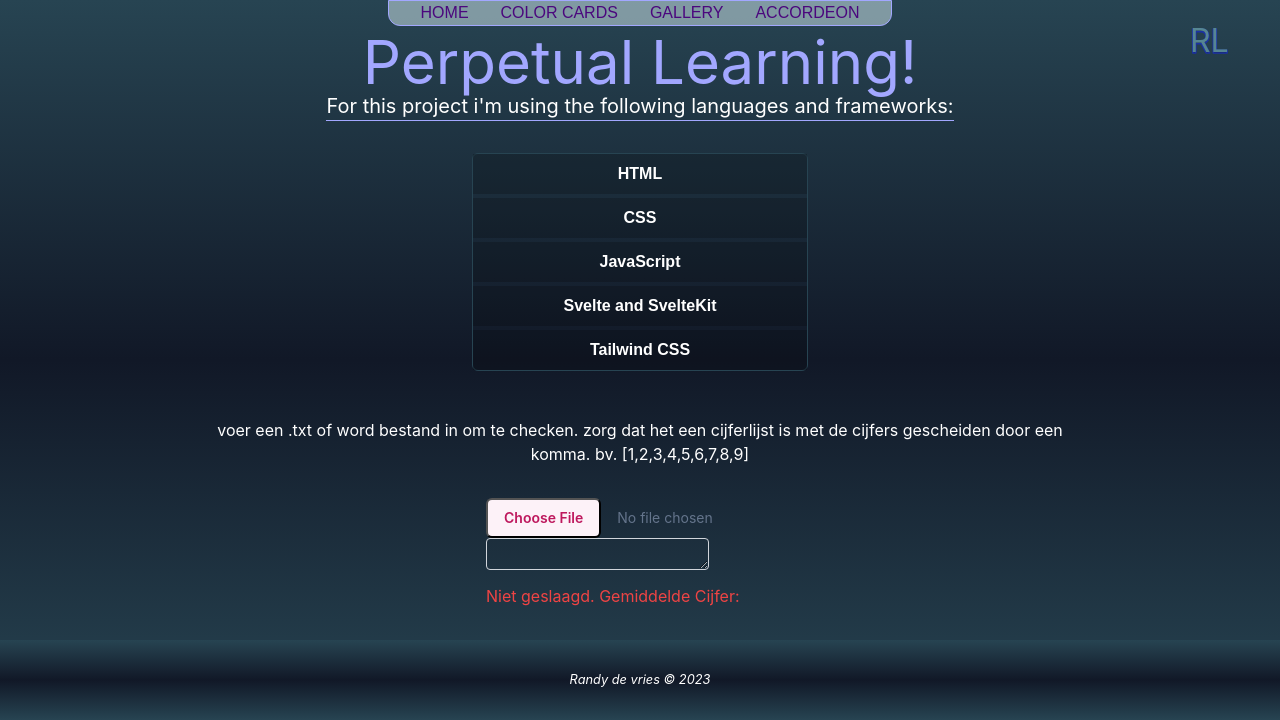
Repository: Freezler/svelte-app
Page: /links
The author's editor kept a copy of each file at every save. The page is drawn from the files as they stood at one save, then again after the next save.
The browser window is 1280 px wide. The pictures show the whole page.
The project was rebuilt for these pictures with package versions that can differ from the ones it lists, and the page was loaded fresh each time. The framework's server and built-in components were replaced by stand-ins that run in the browser. Also part of the build but not shown: svelte.config.js, vite.config.js.

Above is the page before, as saved 2023-11-12 11:44:19.

### src/app.html
<!DOCTYPE html>
<html lang="en">
	<head>
		<meta charset="utf-8" />
		<link rel="icon" href="%sveltekit.assets%/favicon.png" />
		<meta name="viewport" content="width=device-width" />
		%sveltekit.head%
		<title>SvelteKitProject</title>
	</head>
	<body data-sveltekit-preload-data="hover">
		<div style="display: contents">%sveltekit.body%</div>
	</body>
</html>

### src/routes/+layout.svelte
<script>
  import '../app.css';
  import Navbar from '../components/Navbar.svelte';
  import Footer from '../components/Footer.svelte';
</script>

<html lang="en" class="select-none scroll-smooth">
  <head>
    <!-- Add any necessary head content here -->
  </head>
  <body class=" flex flex-col h-full overflow-scroll">
    <Navbar />
    <main>
      <slot />
    </main>
    <Footer />
  </body>
</html>

### src/routes/links/+page.svelte
<script>
	import { onDestroy, onMount } from 'svelte';
	onMount(() => console.log('Mounted Links page'));
	onDestroy(() => console.log('Unmounted Links page'));
	import CijferlijstInput from '../../components/CijferlijstInput.svelte';
	import Accordion from '../../components/Accordion.svelte';

</script>

<main
	class=" z-100 flex h-screen scroll-smooth justify-center items-center w-screen flex-col bg-gradient-to-b from-astral-900 via-gray-900 to-astral-900 overflow-scroll pb-24"
>
<div class="flex flex-col w-[100%] items-center justify-center font-sans h-screen ">
	<h1 class="animate-slow-slide-down text-3xl sm:text-5xl md:text-6xl xl:8xl text-purpleone-300  ">Perpetual Learning!</h1>
	<p class="animate-slow-slide-up text-xs sm:text-[16px] md:text-xl xl:2xl text-white border-b-[1px]  border-purpleone-300 text-purpleone600">For this project i'm using the following languages and frameworks:</p>
	<Accordion />
</div>
<div class="flex flex-col w-[100%] items-center justify-center"></div>
		<CijferlijstInput />
</main>

### src/app.css
@import 'tailwindcss/base';
@import 'tailwindcss/components';
@import 'tailwindcss/utilities';

/* Your custom CSS goes here */
body {
	scroll-behavior: smooth;
}

body * {
	-moz-scrollbar-width: none;
	scrollbar-width: none;
	-ms-overflow-style: none;
}

### src/components/Navbar.svelte
<script>
	let showNav = false;

	const toggleNav = () => {
		showNav = !showNav;
		const body = document.body;

		if (showNav) {
			body.classList.add('overflow-hidden');
		} else {
			body.classList.remove('overflow-hidden');
		}
	};
</script>

<nav
	class=" fixed bottom-0 z-40 flex h-20 w-[100%] select-none items-center justify-between text-center antialiased focus:select-none md:right-0 md:top-0 md:justify-center"
>
	<a href="/" class="ml-3 flex h-16 select-none items-center focus:select-none "
		><svg
			class="flex h-20 animate-pulse md:right-0 md:absolute"
			version="1.1"
			xmlns="http://www.w3.org/2000/svg"
			width="100"
			height="100"
			viewBox="0 0 100 100"
		>
			<!-- Outline -->
			<text
				class="select-none focus:select-none shadow-xl animate-slow-slide-down "
				x="0"
				y="66"
				font-size="40"
				fill="red3"
				stroke="#12ff"
				stroke-width="2"
				stroke-linejoin="round">RL</text
			>
			<!-- Text -->
			<text class="animate-slow-slide-in" x="0" y="65" font-size="40" fill="#87ccd9">RL</text>
		</svg></a
	>

	<!-- Hamburger voorS  mobile/kleine schermen -->
	<button
		class=" mr-8 select-none text-white focus:select-none active:select-none md:hidden"
		on:click={toggleNav}
	>
		<div class="relative flex h-6 w-6 items-center">
			<span
				class={' absolute block h-[2px] w-5 origin-center bg-blueone-50 transition-transform'}
				class:rotate-45={showNav}
				class:top-2={!showNav}
			></span>
			<span
				class={'z-2000 absolute block h-[2px] w-5 origin-center bg-white blur-none transition-transform'}
				class:-rotate-45={showNav}
				class:bottom-2={!showNav}
			></span>
			<span
				class={'z-2000 absolute block h-[2px] w-5 origin-center bg-white blur-none transition-transform'}
				class:-rotate-45={showNav}
				class:bottom-2={!showNav}
			></span>
		</div>
	</button>

	<div
		class={`absolute top-0 z-50	hidden  -[80px] select-none rounded-b-xl text-purplethree-950  font-display uppercase  items-center justify-center gap-8 px-8 border-[1px] border-purpleone-300   bg-astral-100 bg-opacity-50  bg-cover bg-center    md:flex ${
			showNav ? 'hidden' : 'block'
		}`}
	>
	    <a href="/" class="hover:text-cyan-200 hover:bg-slate-500 ">Home</a>
		<a href="/blogs" class="hover:text-cyan-200 hover:bg-slate-500  ">Color Cards</a>
		<a href="/about" class="hover:text-cyan-200 hover:bg-slate-500">Gallery</a>
		<a href="/links" class="hover:text-cyan-200 hover:bg-slate-500">Accordeon</a>
	</div>
</nav>

<!-- Conditional Mobile Menu Overlay -->
{#if showNav}
	<div
		class=" fixed inset-0 z-50 flex animate-slow-fade-in select-none items-center justify-center bg-gray-800 bg-opacity-40 backdrop-blur-[2px]"
		on:click={toggleNav}
		on:keypress={toggleNav}
		role="button"
		tabindex="0"
	>
		<div
			class="absulute flex select-none flex-col items-center text-2xl text-gray-200 opacity-100 transition-opacity duration-100 ease-in-out"
		>
			<a href="/" tabindex="0" class="text-cyan-200"
				><svg xmlns="http://www.w3.org/2000/svg" width="80" height="80" viewBox="0 0 80 80">
					<!-- Outline -->
					<text
						x="16"
						y="50"
						font-family="Inter"
						font-size="40"
						fill="cyan"
						stroke="#dfe2ff"
						stroke-width="6"
						stroke-linejoin="round">RL</text
					>
					<!-- Text -->
					<text x="16" y="50" font-family="Inter" font-size="40" fill="indigo">RL</text>
				</svg>
				<hr class="mb-6 w-full border-bluetwo-400" /></a
			>
			<a href="/projects" tabindex="0" class="text-[#b910377e]">under construction..</a>
			<a href="/blogs" tabindex="0" class="text-[#dfe2ff]">Color Cards</a>
			<a href="/about" tabindex="0" class="text-[#dfe2ff]">Gallery</a>
			<a href="/links" tabindex="0" class="text-[#dfe2ff]">Accordeon</a>
		</div>
	</div>
{/if}

### src/components/Footer.svelte
<script>
</script>

<div class="bg-opacity-70 bg-gradient-to-b from-astral-900 via-gray-900 to-astral-900 bg-cover bg-center bg-no-repeat bg-blone-300  fixed w-screen bottom-0 h-20 flex items-center p-0 m-0">
  <div class="flex w-full items-center justify-around">
	<!-- GitHub icon -->
	<small class="text-white italic">Randy de vries &copy; {new Date().getFullYear()}</small>
  </div>
</div>

### src/components/CijferlijstInput.svelte
<!-- FileInput.svelte -->
<script>
  import { onMount } from 'svelte';

  export let fileContent = '';
  export let isSuccess = false;
  let gemiddeldeCijfer = '';

  function handleFileInput(event) {
	const file = event.target.files[0];

	if (file) {
	  const reader = new FileReader();

	  reader.onload = function (e) {
		const content = e.target.result;
		if (content.trim() !== '') {
		  fileContent = content;
		  isSuccess = true;
		  gemiddeldeCijfer = calculateGemiddeldeCijfer(fileContent);
		}
	  };

	  reader.readAsText(file);
	}
  }

  function calculateGemiddeldeCijfer(content) {
	const cijfers = content.split('\n').filter(line => line.trim() !== '').map(Number);
	const totaal = cijfers.reduce((acc, curr) => acc + curr, 0);
	return totaal / cijfers.length;
  }
</script>
<div class="text-center text-white -translate-y-4 w-[70%]"><h3>voer een .txt of word bestand in om te checken.
	zorg dat het een cijferlijst is met de cijfers gescheiden door een komma. bv. [1,2,3,4,5,6,7,8,9]
</h3></div>
<div class="p-4 min-w-[340px]">
  <input
	type="file"
	accept=".txt, .doc, .docx"
	on:change={handleFileInput}
	class="block w-full text-sm text-slate-500 file:mr-4 file:py-2 file:px-4 file:rounded-md file:border-1 file:text-sm file:font-semibold file:bg-pink-50 file:text-pink-700 hover:file:bg-pink-100"
  />
  <textarea bind:value={fileContent} class=" h-[2rem] w-[fit-content] bg-transparent border border-gray-300 rounded p-2"></textarea>

  {#if isSuccess}
	<h3 class="text-green-500 mt-2 mx-auto">Van harte gefeliciteerd, je bent geslaagd! Gemiddelde Cijfer: {gemiddeldeCijfer}</h3>
  {:else}
	<h3 class="text-red-500 mt-2 mx-auto">Niet geslaagd. Gemiddelde Cijfer: {gemiddeldeCijfer}</h3>
  {/if}
</div>

### src/components/Accordion.svelte
<script>
	let panels = [
		{
			title: 'HTML',
			content:
				'HTML is the standard markup language for documents designed to be displayed in a web browser.'
		},
		{ title: 'CSS', content: 'CSS is used to define styles for your web pages' },
		{
			title: 'JavaScript',
			content: 'JavaScript is used to add interactivity to your web pages'
		},
		{
			title: 'Svelte and SvelteKit',
			content: 'Svelte and SvelteKit are both JavaScript frameworks'
		},
		{ title: 'Tailwind CSS', content: 'Tailwind CSS is a utility-first CSS framework' }
	];

	let expandedPanel = null;

	function togglePanel(panel) {
		if (expandedPanel === panel) {
			expandedPanel = null;
		} else {
			expandedPanel = panel;
		}
	}
</script>

<div class="bg-transparent animate-slow-slide-up z-60 wrapper max-w-[400px] mx-auto mt-[0] w-[80%] text-center rounded-sm p-8">
	<div class="flex flex-col space-y-1  rounded-md border-[1px] border-astral-900">
		{#each panels as panel}
			<!-- svelte-ignore a11y-no-static-element-interactions -->
			<div
				class="relative isolate animate-fast-fade-in overflow-hidden"
				on:click={() => togglePanel(panel)}
				on:keydown={() => togglePanel(panel)}
				aria-roledescription="accordion"
			>
				<div class="" aria-expanded={panel === expandedPanel}>
					<!-- svelte-ignore empty-block -->
					{#if panel === expandedPanel}{/if}
					<div
						class="relative isolate grid place-items-center bg-[rgba(0,0,0,0.2)] p-2 font-display font-bold text-white"
					>
						{panel.title}
					</div>
				</div>
				{#if expandedPanel === panel}
					<div
						class="max-w-[100%] z-20 animate-slow-fade-in bg-astral-900 bg-opacity-70 px-6 py-0"
					>
						<svg
							xmlns="http://www.w3.org/2000/svg"
							class="icon icon-tabler icon-tabler-chevron-up mx-auto animate-pulse"
							width="24"
							height="24"
							viewBox="0 0 24 24"
							stroke-width="1.5"
							stroke="white"
							fill="rgba(39, 68, 82, 100%)"
							stroke-linecap="round"
							stroke-linejoin="round"
						>
							<path stroke="none" d="M0 0h24v24H0z" fill="transparent" />
							<polyline points="6 15 12 9 18 15" />
						</svg>
						<p class="text-white pb-3">
							{panel.content}
						</p>
					</div>
				{/if}
			</div>
		{/each}
	</div>
</div>

### tailwind.config.js
/** @type {import('tailwindcss').Config} */
const plugin = require('tailwindcss/plugin');
export default {
	content: ['./src/**/*.{html,js,svelte,ts}'],
	theme: {
		extend: {

			animation: {
				btnPulse: ' btnPulse 1s infinite',
				'spin-slow': 'spin 3s linear infinite',
				'spin-fast': 'spin 1s linear infinite',
				'slow-fade-in': 'fade-in 0.7s ease-in-out',
				'fast-fade-in': 'fade-in 0.5s ease-in-out',
				'slow-fade-out': 'fade-out 0.5s ease-in-out',
				'fast-fade-out': 'fade-out 0.7s ease-in-out',
				'slow-slide-in': 'slide-in 0.6s ease-in-out',
				'fast-slide-in': 'slide-in 3s ease-in-out',
				'slow-slide-up': 'slide-up 0.6s cubic-bezier(0.215, 0.61, 0.355, 1)',
				'slow-slide-out': 'slide-out 0.6s ease-in-out',
				'fast-slide-out': 'slide-out 0.3s ease-in-out',
				'ani-translate-y': 'translate-y 5s ease-in-out',
				'fast-slide-up': 'slide-up 0.5s cubic-bezier(0.215, 0.61, 0.355, 1)',
				'slow-slide-down': 'slide-down 0.6s cubic-bezier(0.215, 0.61, 0.355, 1)',
				'burger-smooth': 'burger-smooth 2s ease-in-out',
			    'wave': 'wave .9s ease-in-out',
			},
			keyframes: {
				'fade-in': {
					'0%': { opacity: '0' },
					'100%': { opacity: '1' }
				},
				'fade-out': {
					'0%': { opacity: '1' },
					'100%': { opacity: '0' }
				},
				'slide-in': {
					'0%': { transform: 'translateX(-240px)' },
					'100%': { transform: 'translateX(0)' }
				},
				'slide-out': {
					'0%': { transform: 'translateX(0)' },
					'100%': { transform: 'translateX(-100%)' }
				},
				'translate-y': {
					'0%': { transform: 'translateY(0)' },
					'100%': { transform: 'translateY(-100%)' }
				},
				wave: {
					'0%': { transform: 'rotate(0deg)' },
					'25%': { transform: 'rotate(45deg)' },
					'50%': { transform: 'rotate(35deg)' },
					'100%': { transform: 'rotate-45deg)' }
				},
				'slide-up': {
					'0%': { transform: 'translateY(240px)' },
					'100%': { transform: 'translateY(0)' }
				},
				'slide-down': {
					'0%': { transform: 'translateY(-400px)' },
					'100%': { transform: 'translateY(0px)' }
				},
				'btnPulse': {
					'0%': { transform: 'scale(1))' },
					'50%': { transform: 'scale(0.9)' },
					'100%': { transform: 'scale(1)' }
				}
			},

			fontFamily: {
				sans: ['Inter', 'Arial', 'Helvetica', 'sans-serif'],
				serif: ['Georgia', 'serif'],
				mono: ['Menlo', 'Monaco', 'Courier New', 'monospace'],
				display: ['Oswald', 'sans-serif'],
				handwriting: ['Pacifico', 'cursive']
			},
			colors: {
				blueone: {
					50: '#e6f5ff',
					100: '#d2ecff',
					200: '#aedaff',
					300: '#7dbfff',
					400: '#4b94ff',
					500: '#2268ff',
					600: '#003bff',
					700: '#003fff',
					800: '#0035d7',
					900: '#0830a7',
					950: '#072383'
				},
				bluetwo: {
					50: '#f3f6fb',
					100: '#e4e9f5',
					200: '#d0daed',
					300: '#afc2e1',
					400: '#89a2d1',
					500: '#6c85c5',
					600: '#596db7',
					700: '#4e5da7',
					800: '#454e8a',
					900: '#3b436d',
					950: '#272b44'
				},
				bluethree: {
					50: '#f2f6fc',
					100: '#e3ebf6',
					200: '#cdddf0',
					300: '#aac6e6',
					400: '#81a8d9',
					500: '#638cce',
					600: '#4f73c1',
					700: '#4561b0',
					800: '#3d5190',
					900: '#2c395f',
					950: '#242c47'
				},
				astral: {
					50: '#f0fafb',
					100: '#d9f0f4',
					200: '#b8e2e9',
					300: '#87ccd9',
					400: '#4fadc1',
					500: '#328ea3',
					600: '#2d768d',
					700: '#2b6173',
					800: '#2a5160',
					900: '#274452',
					950: '#152c37'
				},
				greenone: {
					50: '#f5ffe5',
					100: '#e6ffc7',
					200: '#cdff96',
					300: '#9ffc41',
					400: '#8bf328',
					500: '#6cd909',
					600: '#50ae02',
					700: '#3e8407',
					800: '#34680c',
					900: '#2c580f',
					950: '#143102'
				},
				greentwo: {
					50: '#f1fcf5',
					100: '#dff9e9',
					200: '#c0f2d4',
					300: '#8fe6b2',
					400: '#56d289',
					500: '#30b768',
					600: '#26aa5d',
					700: '#1e7743',
					800: '#1d5e39',
					900: '#194e31',
					950: '#082b19'
				},
				greenthree: {
					50: '#f2f7f4',
					100: '#dfece3',
					200: '#c1d9ca',
					300: '#98bda8',
					400: '#6b9c82',
					500: '#518a6e',
					600: '#37644f',
					700: '#2c5040',
					800: '#254035',
					900: '#1f352b',
					950: '#101e18'
				},
				roseone: {
					50: '#fef1fa',
					100: '#fde6f7',
					200: '#feccf1',
					300: '#fea3e4',
					400: '#fc6ad0',
					500: '#f74bbf',
					600: '#e61c9a',
					700: '#c90d7d',
					800: '#a60e66',
					900: '#8a1158',
					950: '#550232'
				},
				purpleone: {
					50: '#edf0ff',
					100: '#dfe2ff',
					200: '#c5caff',
					300: '#a2a7ff',
					400: '#7f7cfd',
					500: '#6d5ef6',
					600: '#5e40eb',
					700: '#5d41d3',
					800: '#412ca7',
					900: '#382b84',
					950: '#22194d'
				},
				purpletwo: {
					50: '#fcf3ff',
					100: '#fae7ff',
					200: '#f3ceff',
					300: '#eea7ff',
					400: '#e473ff',
					500: '#d12ef6',
					600: '#bc1edb',
					700: '#9f15b6',
					800: '#841494',
					900: '#6f1679',
					950: '#490151'
				},
				purplethree: {
					50: '#faf5ff',
					100: '#f3e8ff',
					200: '#ead4ff',
					300: '#d9b3ff',
					400: '#c282fe',
					500: '#aa53f9',
					600: '#9530ed',
					700: '#801fd1',
					800: '#6d1faa',
					900: '#591a89',
					950: '#4b077e'
				},
				rosetwo: {
					50: '#fef1f8',
					100: '#fee5f3',
					200: '#ffcae8',
					300: '#ff9fd4',
					400: '#ff64b5',
					500: '#fe1f8a',
					600: '#ef1372',
					700: '#d00657',
					800: '#ac0848',
					900: '#8f0c3f',
					950: '#580021'
				},
				redone: {
					50: '#fff0f0',
					100: '#ffdede',
					200: '#ffc2c2',
					300: '#ff9898',
					400: '#ff5d5d',
					500: '#ff2b2b',
					600: '#f70808',
					700: '#d00505',
					800: '#ac0808',
					900: '#8e0e0e',
					950: '#4e0101'
				},
				redtwo: {
					50: '#fcf4f4',
					100: '#fae6e6',
					200: '#f7d1d1',
					300: '#f0b1b1',
					400: '#e58484',
					500: '#d75c5c',
					600: '#be3c3c',
					700: '#a33232',
					800: '#872d2d',
					900: '#712b2b',
					950: '#3d1212'
				},
				greyone: {
					50: '#f6f6f6',
					100: '#e7e7e7',
					200: '#d1d1d1',
					300: '#b0b0b0',
					400: '#888888',
					500: '#6d6d6d',
					600: '#5d5d5d',
					700: '#4f4f4f',
					800: '#454545',
					900: '#3d3d3d',
					950: '#050505'
				},
				greytwo: {
					50: '#f4f5fa',
					100: '#e7e9f2',
					200: '#d4d7e9',
					300: '#b6bcda',
					400: '#939bc7',
					500: '#797fb8',
					600: '#6769a9',
					700: '#5c5b9a',
					800: '#504e7f',
					900: '#444266',
					950: '#232232'
				}
			}
		},
		screens: {
			// default is oudere schermen erg klein!  -->
			xxxs: '360px', // modernere kleine schermen
			xxs: '480px', // Extra extra small screen size
			xs: '640px', // Extra small screen size
			sm: '768px', // Small screen size
			md: '1024px', // Medium screen size
			lg: '1280px', // Large screen size
			xl: '1440px', // Extra large screen size
			xxl: '1920px', // Extra extra large screen size
			xxxl: '3840px' // 4K screen size (3840px)
			// Je kunt meer schermformaten toevoegen indien nodig
		},

		fonts: {
			sans: ['Inter', 'Arial', 'Helvetica', 'sans-serif'],
			serif: ['Georgia', 'serif'],
			mono: ['Bebas Neue','Monaco', 'Courier New', 'monospace'],
			display: ['San-francisco', 'sans-serif'],
			handwriting: ['Pacifico', 'cursive']
		},
		textShadow: {
			sm: '0 1px 2px var(--tw-shadow-color)',
			DEFAULT: '0 2px 4px var(--tw-shadow-color)',
			lg: '0 8px 16px var(--tw-shadow-color)'
		}
	},
	plugins: [
		plugin(function ({ matchUtilities, theme }) {
			matchUtilities(
				{
					'text-shadow': (value) => ({
						textShadow: value
					})
				},
				{ values: theme('textShadow') }
			);
		})
	]
};

After the next save:
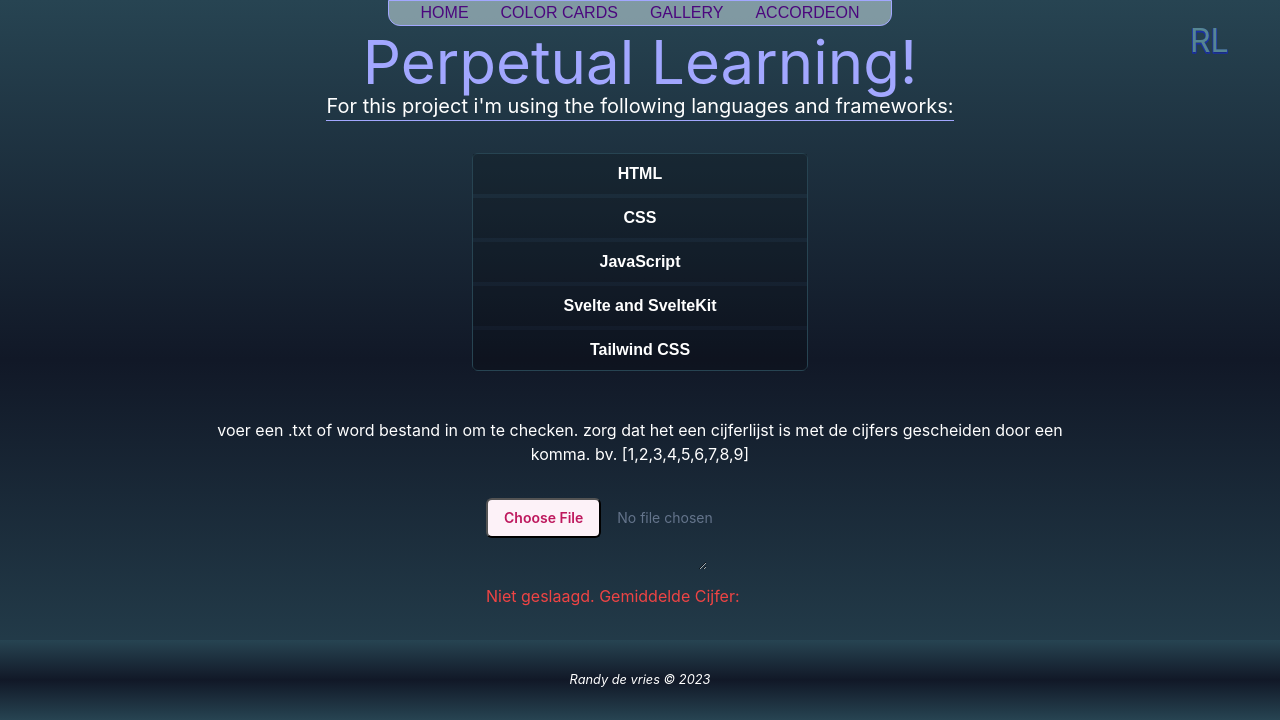
Saved 9 s later.
--- a/src/components/CijferlijstInput.svelte
+++ b/src/components/CijferlijstInput.svelte
@@ -41,7 +41,7 @@
 	on:change={handleFileInput}
 	class="block w-full text-sm text-slate-500 file:mr-4 file:py-2 file:px-4 file:rounded-md file:border-1 file:text-sm file:font-semibold file:bg-pink-50 file:text-pink-700 hover:file:bg-pink-100"
   />
-  <textarea bind:value={fileContent} class=" h-[2rem] w-[fit-content] bg-transparent border border-gray-300 rounded p-2"></textarea>
+  <textarea bind:value={fileContent} class=" h-[2rem] w-[fit-content] bg-transparent borde-none border-gray-300 rounded p-2"></textarea>
 
   {#if isSuccess}
 	<h3 class="text-green-500 mt-2 mx-auto">Van harte gefeliciteerd, je bent geslaagd! Gemiddelde Cijfer: {gemiddeldeCijfer}</h3>
